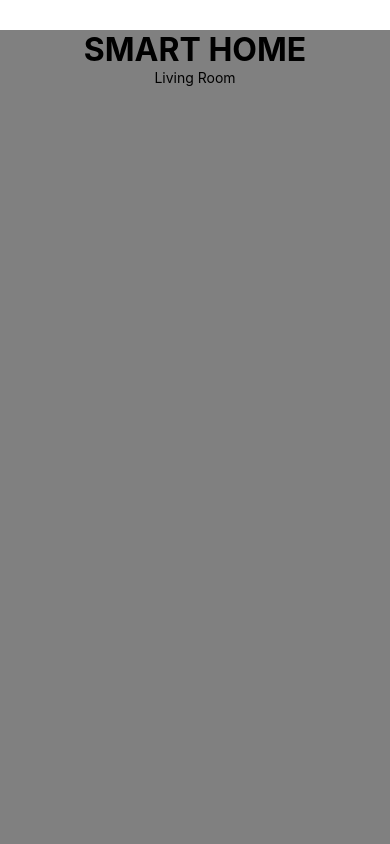
Repository: NQD2308/CNTT3
Screen: / (app in Week 5/home work/ListThietBi/)
The author's editor kept a copy of each file at every save. The screen is drawn from the files as they stood at one save, then again after the next save.
The app was drawn by React Native's web renderer in a window 390 px wide. The project was rebuilt for these pictures with package versions that can differ from the ones it lists, and the page was loaded fresh each time.

Above is the screen before, as saved 2024-04-11 22:28:44.

### Week 5/home work/ListThietBi/App.js
import { StatusBar } from 'expo-status-bar';
import { StyleSheet, Text, View } from 'react-native';

export default function App() {
  return (
    <View style={styles.container}>
      <Text style={styles.headerText}>SMART HOME</Text>
      <Text>Living Room</Text>
      <StatusBar style="auto" />
    </View>
  );
}

const styles = StyleSheet.create({
  container: {
    flex: 1,
    backgroundColor: 'gray',
    alignItems: 'center',
    marginTop: 30
  },
  headerText: {
    fontSize: 32,
    fontWeight: 'bold'
  },
});

After the next save:
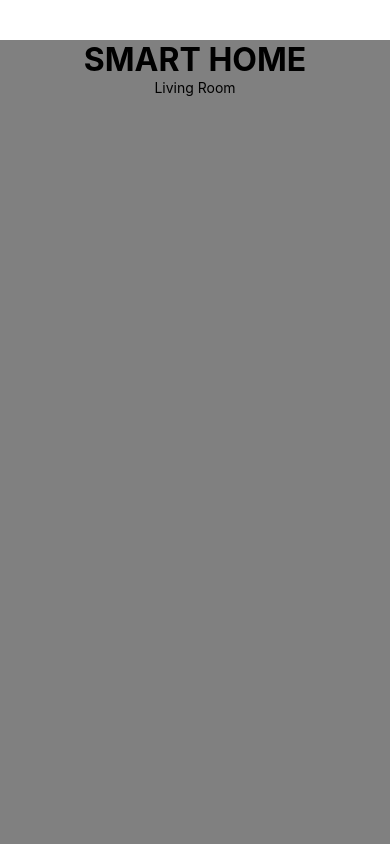
Saved 6 s later.
--- a/Week 5/home work/ListThietBi/App.js
+++ b/Week 5/home work/ListThietBi/App.js
@@ -16,7 +16,7 @@ const styles = StyleSheet.create({
     flex: 1,
     backgroundColor: 'gray',
     alignItems: 'center',
-    marginTop: 30
+    marginTop: 40
   },
   headerText: {
     fontSize: 32,
